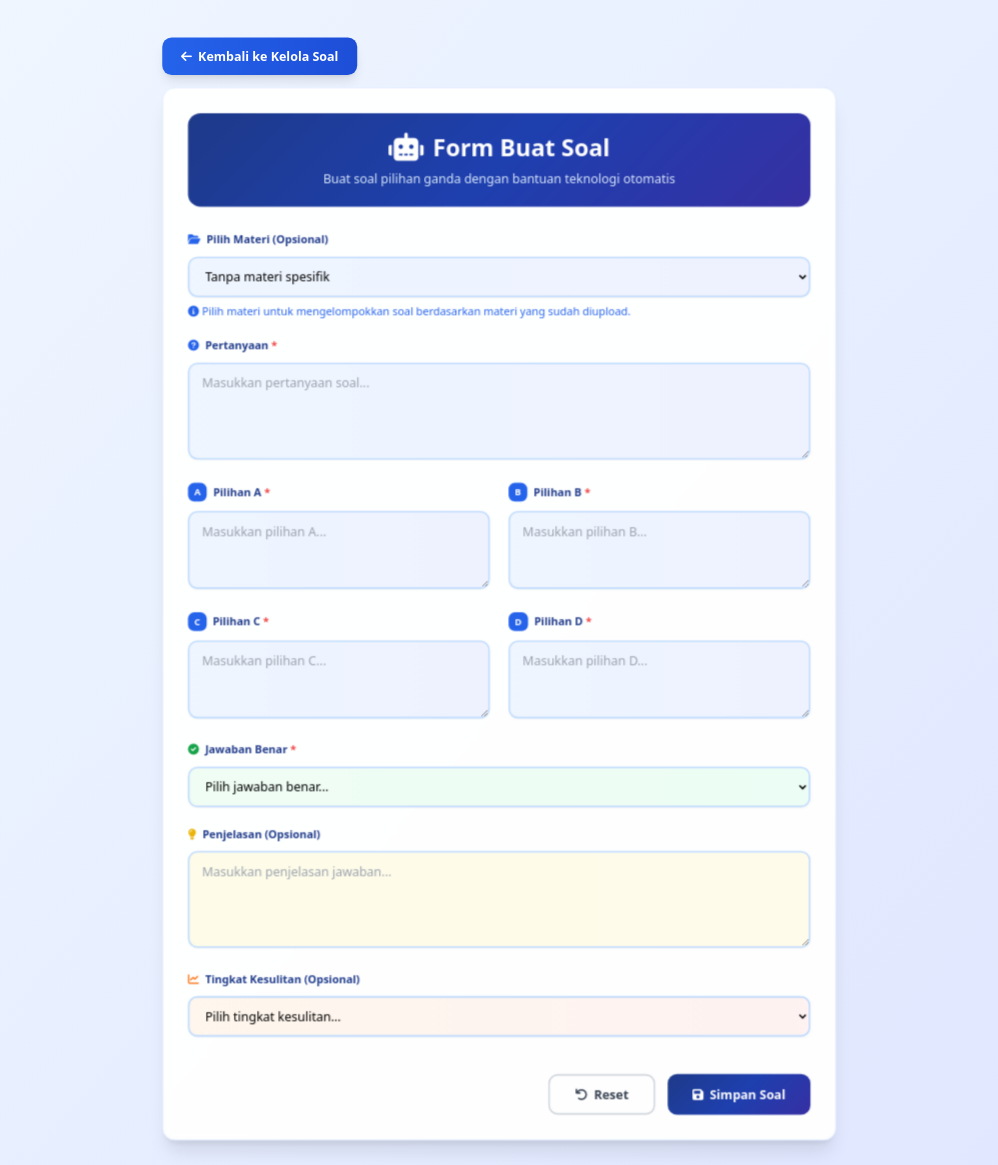
Repository: Autofat/LMS-MOOC
Page: http://localhost/questions/create
An editor plug-in stored every save of this project. The page is shown before and after the next save, followed by the edit.
The browser window is 1280 px wide. The pictures show the whole page, at 78% of full size.
Some web libraries are served in a nearby version. The page is served by the project's Laravel application, run on PHP 8.4 with Laravel 12. A made-up administrator, Test User (test@example.com), is signed in. Queries for data that is not in the repository find no rows.

Above is the page before, as saved 2025-08-01 13:28:51.
Console error: TypeError: Cannot set properties of null (setting 'textContent')

After the next save:
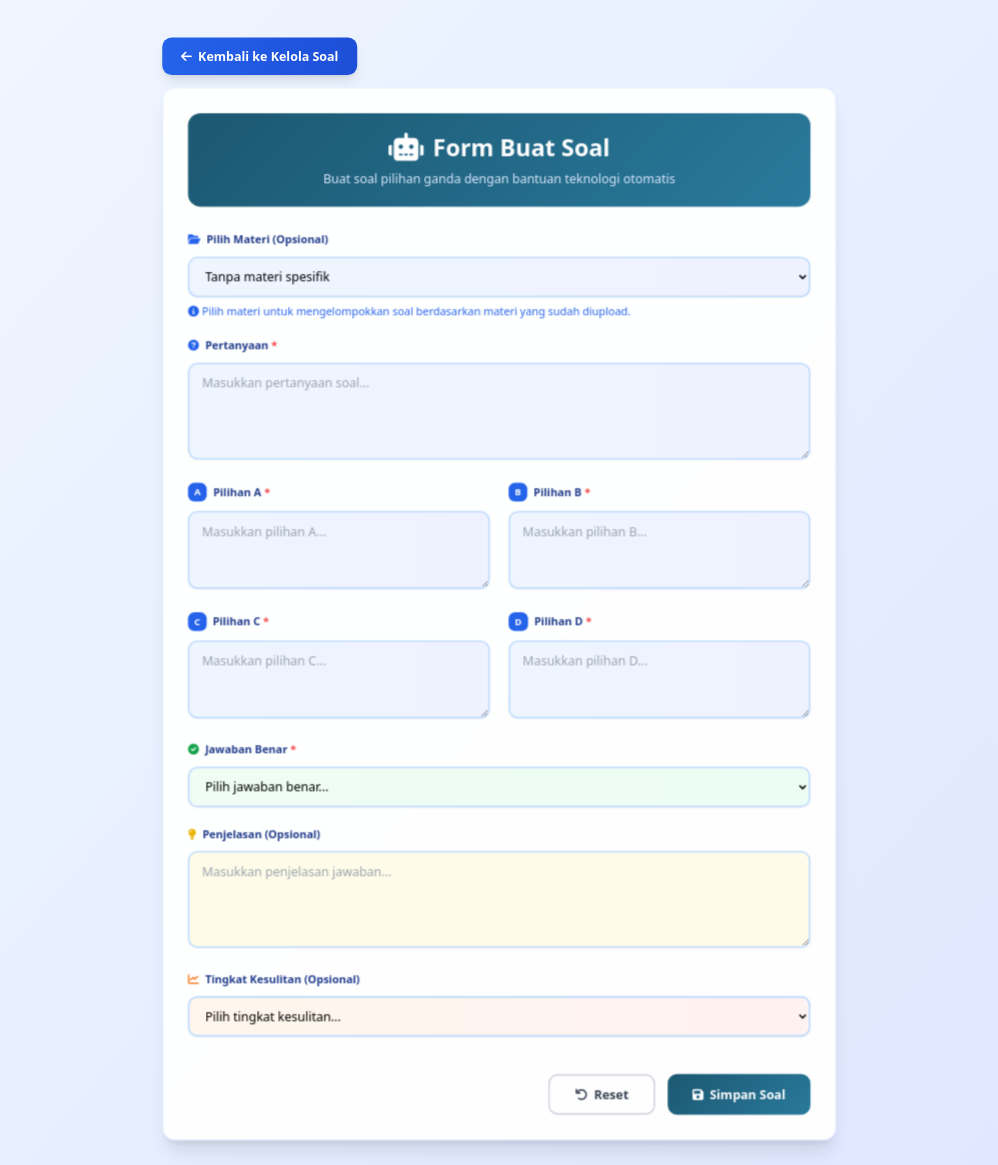
Saved 8 s later.
--- a/resources/views/form.blade.php
+++ b/resources/views/form.blade.php
@@ -9,7 +9,7 @@
     <link rel="stylesheet" href="https://cdnjs.cloudflare.com/ajax/libs/font-awesome/6.0.0/css/all.min.css">
     <style>
         .professional-gradient {
-            background: linear-gradient(135deg, #1e3a8a 0%, #1e40af 50%, #3730a3 100%);
+            background: linear-gradient(135deg, rgba(28,88,113,1) 0%, rgba(35,105,135,1) 50%, rgba(42,122,157,1) 100%);
         }
     </style>
 </head>
